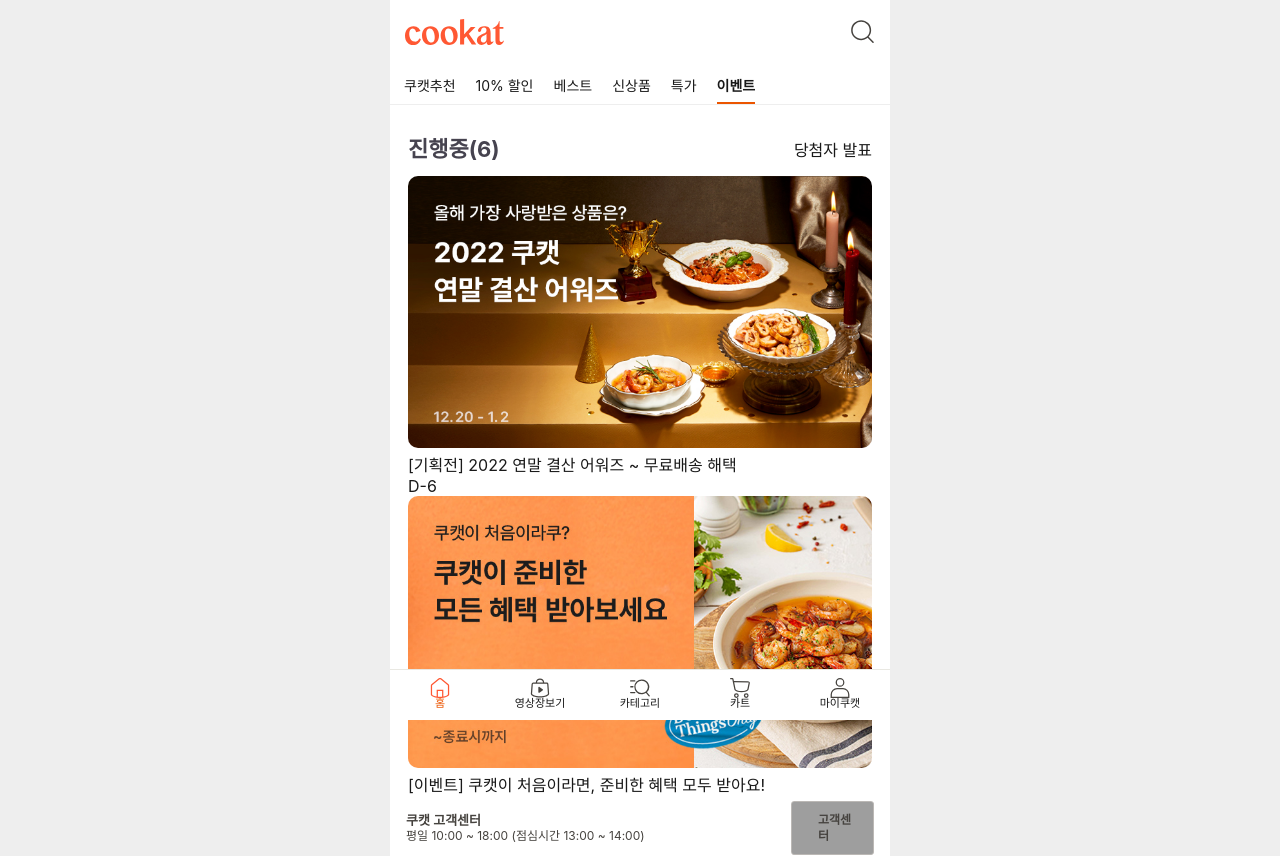
Repository: CooKat/Cookat
Page: event.html
An editor plug-in stored every save of this project. The page is shown before and after the next save, followed by the edit.
The browser window is 1280 px wide. The pictures show the part of the page from y = 0 to 856 px (the page is 1645 px tall).
Pictures or frames that could not be fetched are drawn as grey boxes. A picture or video elsewhere on the page could not be fetched, so the positions and the page height are approximate. Some web fonts or font styles are not loaded; a fallback is used.

Above is the page before, as saved 2022-12-27 20:49:58.
Not found: js/ex1.js

### event.html
<!DOCTYPE html>
<html lang="ko-KR">
  <head>
    <meta charset="UTF-8" />
    <meta http-equiv="X-UA-Compatible" content="IE=edge" />
    <meta name="viewport" content="width=device-width, initial-scale=1.0" />
    <link rel="shortcut icon" type="image/x-icon" href="./images/1.png" />
    <link
      rel="stylesheet"
      as="style"
      crossorigin
      href="https://cdn.jsdelivr.net/gh/orioncactus/pretendard@v1.3.6/dist/web/static/pretendard.css"
    />
    <link
      href="https://cdn.jsdelivr.net/npm/remixicon@2.5.0/fonts/remixicon.css"
      rel="stylesheet"
    />
    <link rel="stylesheet" href="https://cdn.jsdelivr.net/npm/swiper/swiper-bundle.min.css" />
    <link rel="stylesheet" href="./css/main.css" />
    <link rel="stylesheet" href="./css/event.css" />
    <title>쿠캣</title>
  </head>
  <body>
    <div class="container">

      <!-- 상단 메뉴바 -->
      <header class="header">
        <a href="/" class="logo"><img src="./images/logo-main.svg" alt="쿠캣마켓" /></a>
        <div class="menu swiper">
          <ul class="swiper-wrapper" role="menubar" aria-hidden="false">
            <li role="none" class="swiper-slide">
              <a role="menuitem" href="/">쿠캣추천</a>
            </li>
            <li class="swiper-slide" role="none"><a role="menuitem" href="/">10% 할인</a></li>
            <li class="swiper-slide" role="none">
              <a role="menuitem" href="./best.html">베스트</a>
            </li>
            <li class="swiper-slide" role="none"><a role="menuitem" href="/">신상품</a></li>
            <li class="swiper-slide" role="none">
              <a role="menuitem" href="./specialPrice.html">특가</a>
            </li>
            <li class="swiper-slide  active" role="none"><a role="menuitem" href="/">이벤트</a></li>
          </ul>
        </div>
        <button type="button" class="search">
          <img src="./images/ic-24-finder.svg" alt="검색 아이콘" />
        </button>
      </header>

      <main class="main">
        <section class="event">
          <!-- 진행중(6) 당첨자 발표 -->
          <div class="event-ing">
            <h2 class="event-ing-title">진행중(6)</h2>
            <p>당첨자 발표</p>
          </div>

          <!-- 행사 아이템들 -->
          <div class="item-list">
            <div class="item-list-item">
              <img src="./images/event1.jpg">
              <h2 class="item-list-title">[기획전] 2022 연말 결산 어워즈 ~ 무료배송 해택</h2>
              <span class="coupon">D-6</span>
            </div>
          </div>

          <div class="item-list">
            <div class="item-list-item">
              <img src="./images/event2.jpg">
              <h2 class="item-list-title">[이벤트] 쿠캣이 처음이라면, 준비한 혜택 모두 받아요!</h2>
            </div>
          </div>

        </section>

      </main>

      <!-- footer -->
      <footer class="footer">
        <div class="center-info-container">
          <h2 class="center-info">쿠캣 고객센터</h2>
          <span class="time-info"
            >평일 <time>10:00</time> ~ <time>18:00</time> (점심시간 <time>13:00</time> ~
            <time>14:00</time>)</span
          >

          <a href="tel:1668-3525" class="center-contact"> 고객센터</a>
        </div>
        <div class="business-info-container">
          <div class="business-info-title-container">
            <h2 class="business-info">(주) 쿠캣 사업자 정보</h2>
            <button class="business-info-toggle-btn">
              <img
                alt="addit-toggle-img"
                src="	https://crcf.cookatmarket.com/assets/mobile/img/using_guide/ic-16-close-bold.svg"
              />
            </button>
          </div>

          <ul class="business-info-list">
            <li class="business-info-item">
              <label for="representative">대표자</label><span id="representative">이문주</span>
            </li>
            <li class="business-info-item">
              <label for="address">주소</label>
              <address id="address">
                서울특별시 강남구 영동대로112길 36, 3층, 지하 1층 (삼성동, 오티씨타워)
              </address>
            </li>
            <li class="business-info-item">
              <label
                for="
              business-number"
                >사업자등록번호</label
              ><span id=" business-number">
                110-86-12995
                <a class="business-info-check" href="/">사업자정보 확인</a></span
              >
            </li>
            <li class="business-info-item">
              <label for="mail-order-number">통신판매업 신고번호</label
              ><span
                id="
              mail-order-number"
                >2018-서울강남-01681</span
              >
            </li>
            <li class="business-info-item">
              <div class="center-info-flexcontent-container">
                <label
                  for="
              service-center"
                  >고객센터</label
                >
                <div class="center-info-content-container">
                  <a
                    id="service-center"
                    href="tel:1668-3525
              "
                    >1668-3525
                  </a>
                  <span id="service-center"
                    >평일 <time>10:00</time> ~ <time>18:00</time> (점심시간 <time>13:00</time> ~
                    <time>14:00</time>) 주말 <time>10:00</time> ~ <time>13:00</time></span
                  >
                </div>
              </div>
            </li>
            <li class="business-info-item">
              <label for="marketing-email">마케팅 제휴문의</label
              ><span id="marketing-email">marketing@cookat.co</span>
            </li>
            <li class="business-info-item">
              <label
                for="
              goods-email"
                >상품 제휴문의</label
              ><span id=" goods-email">
                <span>product@cookat.co<br /></span
              ></span>
            </li>
            <li class="business-info-item">
              <label for="person-in-charge">개인정보보호 책임자</label
              ><span id="person-in-charge"> 주지석 (jiseok.joo@cookat.co)</span>
            </li>
          </ul>

          <small class="copyright"> Copyright © 쿠캣. All rights reserved.</small>
          <ul class="more-details-list">
            <li><a class="more-details" href="/">이용약관</a></li>
            <li>
              <a class="more-details" id="qkdcla" href="/">개인정보 처리방침</a>
            </li>
            <li><a class="more-details" href="/">공지사항</a></li>
          </ul>
        </div>

        <div class="additional-container">
          <a href="/">로그인</a>
          <a id="app-down" href="/"> APP다운</a>
        </div>
      </footer>

      <!-- 하단바 -->
      <nav class="fix-footer-menu">
        <ul>
          <li class="my-home on"><a href="/">홈</a></li>
          <li class="my-video"><a href="/">영상장보기</a></li>
          <li class="my-menu"><a href="/">카테고리</a></li>
          <li class="my-cart"><a href="/">카트</a></li>
          <li class="my-cookat"><a href="/">마이쿠캣</a></li>
        </ul>
      </nav>
    </div>

    <!-- Swiper JS -->
    <script src="https://cdn.jsdelivr.net/npm/swiper/swiper-bundle.min.js"></script>
    <!-- Initialize Swiper -->
    <script src="./js/ex1.js"></script>
    <script>
      var menu = new Swiper('.menu.swiper', {
        slidesPerView: 'auto',
        freeMode: true,
      });
    </script>
  </body>
</html>

### css/main.css
@import url(./normalize.css);
@import url(./reset.css);
@import url(./theme.css);

/* 숨김 콘텐츠 */
.a11y-hidden,
legend {
  position: absolute;
  width: 1px;
  height: 1px;
  overflow: hidden;
  clip-path: polygon(0 0, 0 0, 0 0);
}

/* 기본 스타일 */
*,
*::before,
*::after {
  box-sizing: border-box;
}

/* 링크 스타일 */
a {
  color: inherit;
  text-decoration: none;
}

/* 본문 스타일 */
body {
  font-size: 1rem;
  color: #191919;
  font-family: 'Pretendard Variable', Pretendard, -apple-system, BlinkMacSystemFont, system-ui,
    Roboto, 'Helvetica Neue', 'Segoe UI', 'Apple SD Gothic Neo', 'Noto Sans KR', 'Malgun Gothic',
    'Apple Color Emoji', 'Segoe UI Emoji', 'Segoe UI Symbol', sans-serif;
  background: #eee;
}

/* 이미지크기 */
img {
  max-width: 100%;
  height: auto;
}

.white * {
  color: var(--color-white);
}

.container {
  max-width: var(--max-width);
  margin: 0 auto 3.437rem auto;
  background: #fff;
}

/* 헤더 */
.header {
  position: relative;
  padding: var(--spacing-m) 0 0;
  margin-bottom: -1px;
}

.logo {
  display: inline-block;
  padding: 0 var(--spacing-m);
}

.menu {
  margin: var(--spacing-m) 0 0 0;
  overflow: hidden;
  border-bottom: 1px solid #eee;
  font-size: var(--text-sm);
  padding-left:var(--spacing-xxs);
}

.menu li {
  width: auto;
}

.menu li:nth-child(2) {
  color: var(--main-color);
}

.menu .active {
  font-weight: 600;
}

.menu .active::after {
  content: '';
  display: block;
  width: calc(100% - 20px);
  border-top: var(--spacing-sxxs) solid var(--color-deep-orange);
  margin: 0 auto;
}
.menu a {
  display: block;
  line-height: var(--spacing-xxl);
  padding: 0 var(--spacing-sm);
}

.menu a:focus {
  outline-offset: -2px;
}

.search {
  position: absolute;
  right: 0;
  top: 0;
  padding: var(--spacing-m);
  font-size: 2em;
  background: none;
  border: 0;
}

/* 메인배너 */

.visual .text-wrap {
  position: absolute;
  left: 3.125rem;
  top: 50%;
  transform: translateY(-50%);
  color: var(--color-black);
}

.visual .text-wrap p {
  font-size: var(--text-base);
  line-height: 1.6;
  margin-bottom: var(--spacing-l);
  font-weight: 500;
}

.visual .text-wrap h2 {
  font-size: var(--text-xxl);
  line-height: 1.2;
  margin-bottom: var(--spacing-l);
  font-weight: 700;
}

.visual .text-wrap span {
  font-size: var(--text-sm);
  font-weight: 200;
}

.visual .swiper-slide {
  font-size: 0;
}

.visual .swiper-button-next,
.visual .swiper-button-prev {
  color: #fff;
  background: rgba(0, 0, 0, 0.3);
  padding: var(--spacing-l) var(--spacing-xm);
  width: auto;
  height: auto;
  transform: translateY(-50%);
  display: none;
}
.visual:hover .swiper-button-next,
.visual:hover .swiper-button-prev {
  display: block;
}

.visual .swiper-button-next i,
.visual .swiper-button-prev i {
  font-size: var(--text-sm);
}

.visual .swiper-button-next {
  right: 0;
}

.visual .swiper-button-prev {
  left: 0;
}

.visual .swiper-pagination-fraction {
  left: auto;
  right: 0;
  bottom: 0;
  width: auto;
  padding: 0.31rem var(--spacing-xs);
  color: #fff;
  background: rgba(0, 0, 0, 0.3);
  font-size: var(--text-xxs);
}

/* 이미지형 카테고리 */

.img-menu-bar {
  padding: var(--spacing-sm) 0;
  border-bottom: 1px solid #eee;
}

.img-menu-bar .swiper {
  padding: 0 10px;
}

.img-menu-bar .img-wrap {
  margin-top: var(--spacing-xxs);
  padding-top:100%;
  background-size: 100%;
  background-repeat: no-repeat;
  background-position: top;
}

li:nth-child(1) .img-wrap {
  background-image: url(../images/cone_1670197609_1248.png);
}

li:nth-child(2) .img-wrap {
  background-image: url(../images/mego_1670837921_8955.png);
}

li:nth-child(3) .img-wrap {
  background-image: url(../images/cone_1670197609_1248.png);
}

li:nth-child(4) .img-wrap {
  background-image: url(../images/fave_1660854487_5770.png);
}

li:nth-child(5) .img-wrap {
  background-image: url(../images/cuno_1660854530_1620.png);
}

li:nth-child(6) .img-wrap {
  background-image: url(../images/lawu_1660854619_3559.png);
}

.img-menu-bar span {
  display: block;
  text-align: center;
  margin: var(--spacing-sm) 0;
  font-size: var(--text-xs);
}

/* 오른쪽 고정 배너 */
.fixed-advertise-container {
  position: fixed;
  width: 270px;
  height: 374px;
  top: 30%;
  left: 50%;
  transform: translate(300px, 0px);
}

.cookat-deliver-link img {
  height: 270px;
  position: absolute;
  top: 0;
  left: 0;
  right: 0;
}

/* 앱 QR 코드(선영) */
.qr-info {
  width: 16.875rem;
  height: 4.062rem;
  left: 0;
  bottom: 0px;
  position: absolute;
}

.qr-code {
  width: 3.875rem;
  height: 3.875rem;
  margin-right: var(--spacing-base);
}

.qr-text {
  width: 7.3125rem;
  height: 3.75rem;
}

/* 런칭 특가(선영) */
.launching-sale-container {
  position: relative;
  width: 100%;
  margin-bottom: 3.125rem;
}

.launching-sale-container h2 {
  margin-left: var(--spacing-xs);
  margin-bottom: var(--spacing-md);
}

.launching-menu-list {
  padding: 0 var(--spacing-lg) var(--spacing-xs);
}

.launching-food-link {
  position: relative;
}

.launching-food-link img {
  border-radius: var(--spacing-sm);
}

.launching-food-count {
  background-color: #ff5833;
  color: white;
  display: block;
  width: 100%;
  height: 1.75rem;
  font-size: var(--text-xxs);
  font-weight: 500;
  padding: var(--spacing-xs) 0 0 var(--spacing-xm);
  border-bottom-right-radius: var(--spacing-sm);
  border-bottom-left-radius: var(--spacing-sm);
  position: absolute;
  bottom: 6.625rem;
}

.launching-food-count em {
  font-weight: 700;
}

.launching-menu-text {
  padding-top: var(--spacing-sm);
}

.launching-content1 {
  font-size: var(--text-lg);
  font-weight: 700;
  line-height: 1.875rem;
  margin: 0 0 var(--spacing-sxxs);
}

.launching-content2 {
  display: block;
  font-size: var(--text-md);
  margin: 0 0 var(--spacing-xs);
  font-weight: 500;
  line-height: var(--text-lg);
}

.launching-content3 {
  font-size: var(--text-sm);
  font-weight: 500;
  line-height: var(--text-xs);
  opacity: 0.5;
}

.launching-food-price em {
  color: #ff5833;
  font-size: var(--text-lg);
  font-weight: 700;
  margin-right: var(--spacing-xxs);
}

.launching-food-price {
  font-size: var(--text-lg);
  font-weight: 700;
}

/* 상품영역 */

.prd-list {
  position: relative;
  padding: 0 var(--spacing-sm);
  color: var(--color-black);
}

.prd-list li {
  display: inline-block;
  font-size: 1.5rem;
  vertical-align: top;
}

.prd-list li:focus {
  outline-offset: 2px;
}

.product-title {
  font-size: var(--text-xl);
  font-weight: 700;
  margin: var(--spacing-xxl) 0 var(--spacing-xxs);
  padding: 0 var(--spacing-sm);
}

.prd-sub-text {
  color: #999;
  margin-bottom: var(--spacing-md);
  line-height: 1.4;
  padding: 0 var(--spacing-sm);
  font-size: var(--text-sm);
}

.prd-thumb {
  position: relative;
}

.prd-thumb a {
  display: block;
  font-size: 0;
}

.prd-thumb img {
  border-radius: 8px;
}

.prd-info {
  margin: var(--spacing-xm) 0;
  line-height: 1;
  font-size: 0;
}

.prd-info h2 {
  font-size: var(--text-sm);
  line-height: 1.2;
  margin-bottom: var(--spacing-sxxs);
}

.prd-info p,
.prd-info em {
  display: inline-block;
  font-weight: 700;
  font-size: var(--text-base);
  letter-spacing: -0.5px;
  margin-right: var(--spacing-xxs);
}

.prd-info .custom {
  font-size: var(--text-sm);
  font-weight: 300;
  color: #999;
  text-decoration: line-through;
  line-height: 1.4;
}

.prd-info .custom.block {
  display: block;
}

.prd-info .custom.in-block {
  display: inline-block;
}

.discount-rate {
  color: var(--color-deep-orange);
}

.cart-btn {
  position: absolute;
  right: 0;
  bottom: 0;
  background: none;
  border: 0;
  padding: 10px;
  font-size: 0;
}

.more {
  position: absolute;
  padding: var(--spacing-sm);
  font-size: var(--text-sm);
  font-weight: 400;
  right: 5px;
  top: -7px;
}

.more::after {
  content: '';
  margin-left: var(--spacing-xxs);
  padding-left: var(--spacing-md);
  background: url(../images/ic-16-next-fit.svg) no-repeat center/6px;
}

/* .prd-more {
} */

/* 영상장보기 */
.market {
  width: 100%;
  position: relative;
  background-color: #fff;
  max-height: 400px;
  margin: 0;
  margin-bottom: var(--spacing-lg);
}

.market-title{
  padding: 0 20px;
}

.video-slide {
  aspect-ratio: 1/1.56;
}

.video-slide a {
  display: block;
  height: 100%;
}

.video-slide img {
  object-fit: cover;
  border-radius: 7px;
  height: 100%;
}

.videoSwiper:last-child {
  margin: 0;
}

.video-slide::after {
  width: 188px;
  background-image: url(/images/shadow-tv.png);
  background-position: left bottom;
  background-repeat: repeat-x;
  background-size: 146px 63px;
  position: absolute;
  border-radius: 7px;
  bottom: 0;
  left: 0;
  width: 100%;
  height: 100%;
  content: '';
  z-index: 2;
}

.img-content {
  position: absolute;
  font-size: 12px;
  padding: 0 20px 0 15px;
  color: #fff;
  bottom: 11px;
  text-align: left;
  font-weight: 500;
  z-index: 4;
}

.market-plus {
  display: block;
  width: 61px;
  line-height: 26px;
  position: absolute;
  top: 23px;
  right: 18px;
  font-size: 14px;
  color: #46433f;
}

.market-plus::after {
  content: '';
  margin-left: var(--spacing-xxs);
  padding-left: var(--spacing-md);
  background: url(../images/ic-16-next-fit.svg) no-repeat center/6px;
}

/* 슬라이드 광고배너 (윤호)*/
.slide {
  width: 100%;
  margin-bottom: 30px;

}
.market .autoSwiper {
  display: block;
  position: relative;
}

.slide-banner {
  margin: 0 18px;
  border-radius: 10px;
}

.slide-wrapper {
  width: 40.5%;
  height: 100%;

}

.slide-img {
  margin-bottom: var(--spacing-lg);
}

.slide-img img {
  overflow: hidden;
  max-width: 100%;
  height: auto;
  border-radius: 10px;
}

/* 스와이프 점 */
.slide .swiper-pagination {
  size: 1px;
  position: absolute;
  display: block;
  text-align: left;
  margin-left: var(--spacing-l);
  bottom: var(--spacing-xl);
  color: #191919;
  height: auto;
  z-index: 100;
}

/* 선택된 점 */
.swiper .swiper-pagination-bullet {
  background-color: rgb(237, 237, 237);
  width: 7px;
  height: 7px;
  margin: 0 3px;
}

/*@@@@@@@@@ 슬로건 @@@@@@@@@@@@@@@ */
.slogan {
  display: block;
  margin: 20px 0;
}



/* 슬라이드 상품 */

.slide-prd {
  padding: 20px 0;
}

.slide-prd .swiper {
  padding: 0 10px;
}

.slide-prd .product-title {
  padding: 0 20px;
}

/* 타임세일 */

.time-prd .product-title::before {
  content: '';
  display: inline-block;
  background: url(../images/ic-16-clock-orange-full.svg) no-repeat center;
  width: 20px;
  height: 20px;
  vertical-align: middle;
  margin-right: 8px;
}

/* 상품 진열 단수 */
[class*='grid'] {
  display: grid;
  grid-template-rows: auto;
  gap: var(--spacing-md);
  margin: var(--spacing-sm) var(--spacing-xs);
}

.grid1 {
  grid-template-columns: 1fr;
}

.grid2 {
  grid-template-columns: repeat(2, 1fr);
}

.grid3 {
  grid-template-columns: repeat(3, 1fr);
}

/* 하단 고정 메뉴*/

.fix-footer-menu {
  width: 100%;
  max-width: 500px;
  background: var(--color-white);
  border-top: 1px solid var(--color-border);
  position: fixed;
  bottom: 0;
  z-index: 999;
}

.fix-footer-menu ul {
  display: grid;
  grid-template-columns: repeat(5, 1fr);
  grid-template-rows: auto;
  text-align: center;
  font-size: var(--text-sxxs);
}

.fix-footer-menu a {
  display: block;
  padding: var(--spacing-xl) 0 var(--spacing-sm);
  background-repeat: no-repeat;
  background-position: center 8px;
  background-size: 20px;
}

.fix-footer-menu .on a,
.fix-footer-menu a:hover {
  color: var(--color-deep-orange);
}

.my-home a {
  background-image: url(../images/ic-24-home.svg);
}

.my-home.on a,
.my-home a:hover {
  background-image: url(../images/ic-orange-home.svg);
}

.my-video a {
  background-image: url(../images/ic-black-tabbar-tv-new.svg);
}

.my-video.on a,
.my-video a:hover {
  background-image: url(../images/ic-orange-tabbar-tv-new.svg);
}

.my-menu a {
  background-image: url(../images/ic-black-category.svg);
}

.my-menu.on a,
.my-menu a:hover {
  background-image: url(../images/ic-orange-category-new.svg);
}

.my-cart a {
  background-image: url(../images/ic-black-cart.svg);
}

.my-cart.on a,
.my-cart a:hover {
  background-image: url(../images/ic-orange-cart.svg);
}

.my-cookat a {
  background-image: url(../images/ic-24-mycookat-black.svg);
}

.my-cookat.on a,
.my-cookat a:hover {
  background-image: url(../images/ic-orange-mycookat.svg);
}
.footer {
  margin: 0 auto;
  color: #46433f;
  font-size: 12px;
  font-weight: 300px;
  margin-top: 100px;
}
a {
  text-decoration: none;
}
/* 버튼 스타일 제거 */
button {
  -webkit-appearance: none;
  -moz-appearance: none;
  appearance: none;
  background-color: transparent;
}

.footer {
  margin-top: 0;
}

/* h2 폰트 사이즈 스타일 */
.footer h2 {
  font-size: 13px;
}
.center-info {
  font-weight: 600;
}

/* 푸터 상단 스타일 */
.center-info-container {
  padding: 16px;
  position: relative;
  line-height: 16px;
}

.business-info-toggle-btn {
  border: none;
}
.business-info-toggle-btn img {
  border: none;
}

.center-contact {
  color: #46433f;
  font-weight: bold;
  position: absolute;
  top: 50%;
  right: 16px;
  width: 83px;
  padding: 10px 13px 10px 26px;
  transform: translateY(-50%);
  border: 1px solid #bbb8b5;
  border-radius: 3px;
  background: url(https://crcf.cookatmarket.com/assets/mobile/img/using_guide/ic-call-black.svg)
    no-repeat;
  background-position: 16% 50%;
}

/* 푸터 중단 스타일 */
.business-info-container {
  padding: 16px;
  background-color: #f9f9f9;
}
.business-info-title-container {
  padding: 12px 0;
  display: flex;
  align-items: center;
  border-bottom: 1px solid #bbb8b5;
  position: relative;
}

.business-info-list {
  margin-top: 12px;
  line-height: 2.3em;
}
.business-info-item label {
  color: #bbb8b5;
  margin-right: 7px;
}
.business-info-item address {
  display: inline-block;
}
.business-info-check {
  color: red;
  margin-left: 5px;
}
.business-info {
  font-weight: 600;
}
.center-info-flexcontent-container {
  display: flex;
}
.center-info-content-container {
  display: flex;
  flex-flow: row wrap;
  width: 50%;
  line-height: 1.5em;
  padding-top: 2px;
}
.center-info-content-container a {
  font-weight: bold;
  text-decoration: underline;
  color: #5b5752;
}

.copyright {
  color: #bbb8b5;
  margin-top: 12px;
  font-size: 13px;
  display: inline-block;
}

.more-details-list {
  display: flex;
  margin-top: 16px;
}
.more-details-list li {
  margin-right: 5px;
  font-size: 13px;
  padding: 0 10px;
}

.more-details {
  color: #8e8e8e;
}
#qkdcla {
  border-left: 1px solid #8e8e8e;
  border-right: 1px solid #8e8e8e;
  color: #46433f;
  padding: 0 15px;
}

.additional-container {
  align-items: center;
  text-align: center;
  padding: 25px 0;
  border-bottom: 1px solid #cdcdcd;
  margin-bottom: 60px;
}
.additional-container a {
  border: none;
  font-size: 14px;
  display: inline-block;
  width: 49%;
  color: #46433f;
}

#app-down {
  border-left: 1px solid #8e8e8e;
}

@media (min-width: 320px) {
}

### css/event.css
main{
  padding: 0 18px;
}
.event{

}

.event-ing{
  display: flex;
  flex-flow: row nowrap;
  justify-content: space-between;
  align-items: center;
  margin-top: var(--spacing-xxl);
  margin-bottom: var(--spacing-md);
}

.event-ing-title{
  font-size: var(--text-xl);
  line-height: var(--text-xxl);
  color: var(--color-black);
  font-weight: 700;
}

.item-list{

}

.item-list-item{

}

.item-list-item img{
  border-radius: 10px;
}

.item-list-title{

}

### css/theme.css
:root {
  /* 수식 단축키 art+shift+M */
  --color-white: #ffffff;
  --color-blank: #f9f9f9;
  --color-cement: #9d9995;
  --color-placeholder: #bbb8b5;
  --color-deep-orange: #eb5500;
  --color-border: #e9e8e2;
  --color-success: #579bdb;
  --color-black: #46434f;
  --color-gray: #9d999d;
  --color-greyish-brown: #5b5752;

  --spacing-sxxs: 0.125rem; /* 2px */
  --spacing-xxs: 0.25rem; /* 4px */
  --spacing-xs: 0.5rem; /* 8px */
  --spacing-sm: 0.625rem; /* 10px */
  --spacing-xm: 0.75rem; /* 12px */
  --spacing-md: 0.875rem; /* 14px */
  --spacing-m: 0.937rem; /* 15px */
  --spacing-base: 1rem; /* 16px */
  --spacing-lg: 1.125rem; /* 18px */
  --spacing-l: 1.25rem; /* 20px */
  --spacing-xl: 1.5rem; /* 24px */
  --spacing-xxl: 2rem; /* 32px */
  --spacing-xxxl: 2.5rem; /* 40px */

  --text-sxxs: 0.6875rem; /* 11px */
  --text-xxs: 0.75rem; /* 12px */
  --text-xs: 0.8125rem; /* 13px */
  --text-sm: 0.875rem; /* 14px */
  --text-md: 0.9375rem; /* 15px */
  --text-base: 1rem; /* 16px */
  --text-lg: 1.125rem; /* 18px */
  --text-xl: 1.375rem; /* 22px */
  --text-xxl: 1.625rem; /* 26px */

  --swiper-navigation-size: 1.125rem; /* 18px */

  --max-width: 31.25rem; /* 500px */
}

Loaded but not shown: css/normalize.css (library); css/reset.css (common file)

After the next save:
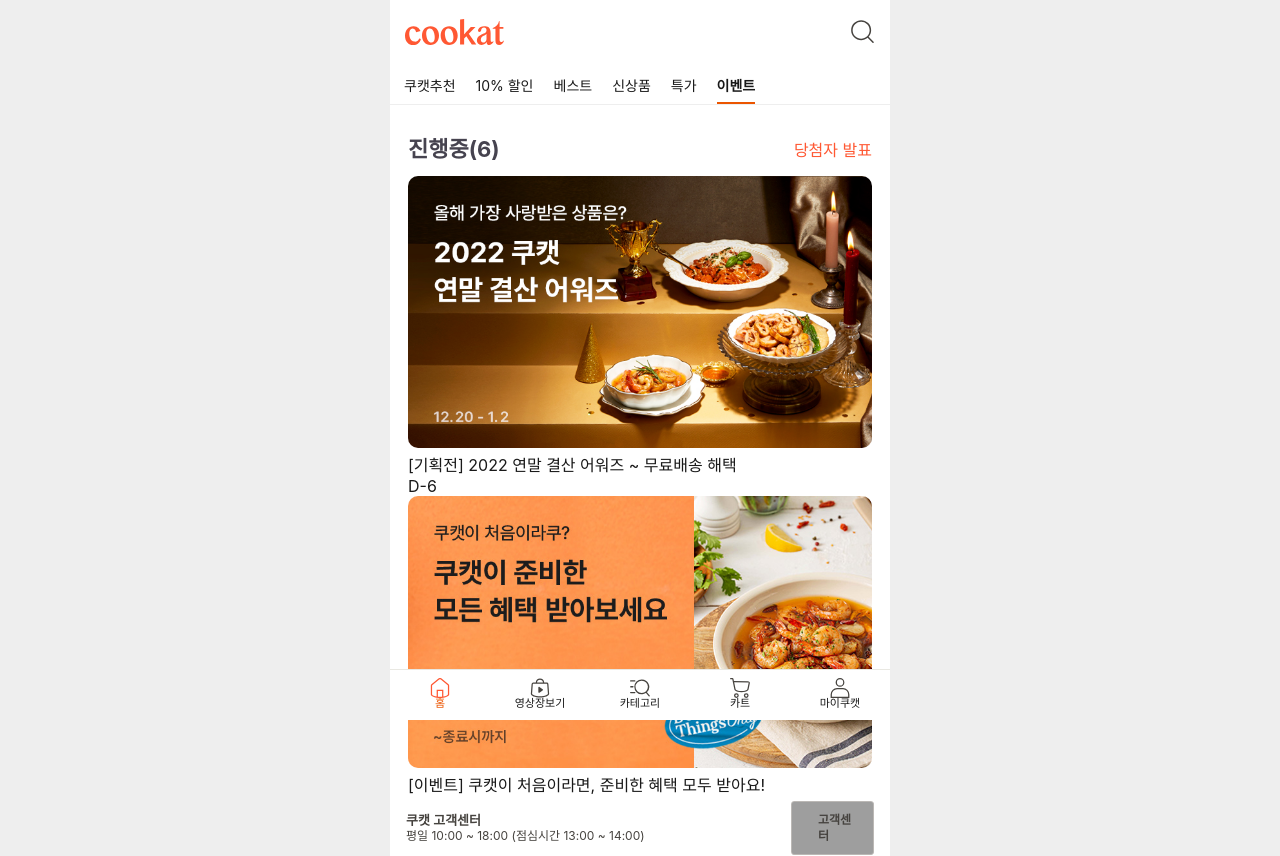
Saved 29 s later.
--- a/css/event.css
+++ b/css/event.css
@@ -21,6 +21,10 @@
   font-weight: 700;
 }
 
+.event-ing p{
+  color: #ff5833;
+}
+
 .item-list{
 
 }
